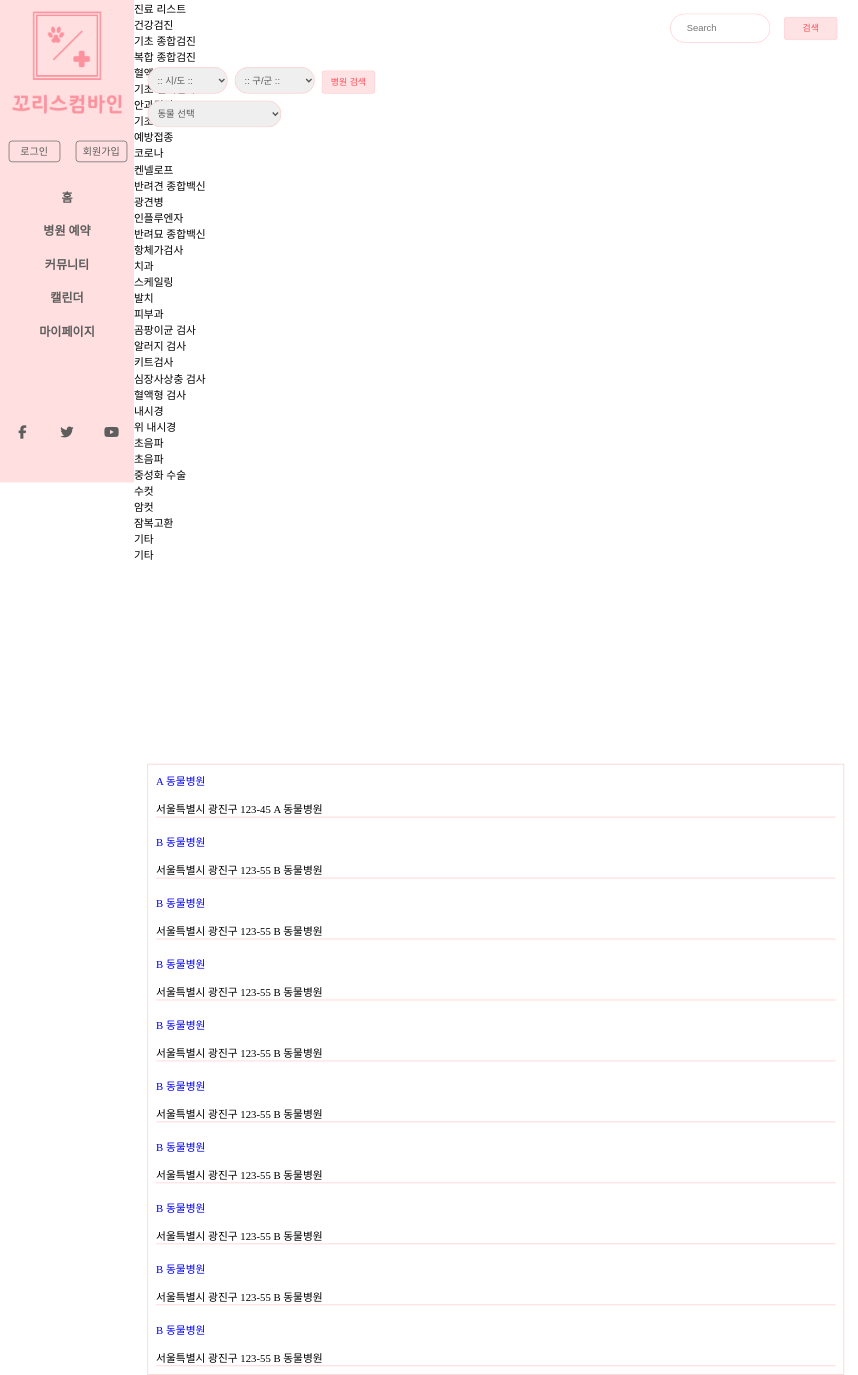
Repository: dodnam/kkoris
Page: http://localhost/1_kkoris/reservation1.jsp
The author's editor kept a copy of each file at every save. The page is drawn from the files as they stood at one save, then again after the next save.
The browser window is 1280 px wide. The pictures show the whole page, at 67% of full size.
An inner scrolling area shows only its first screen. Some web libraries are served in a nearby version. The page is served by Tomcat 9.

Above is the page before, as saved 2020-02-17 03:05:11.

After the next save:
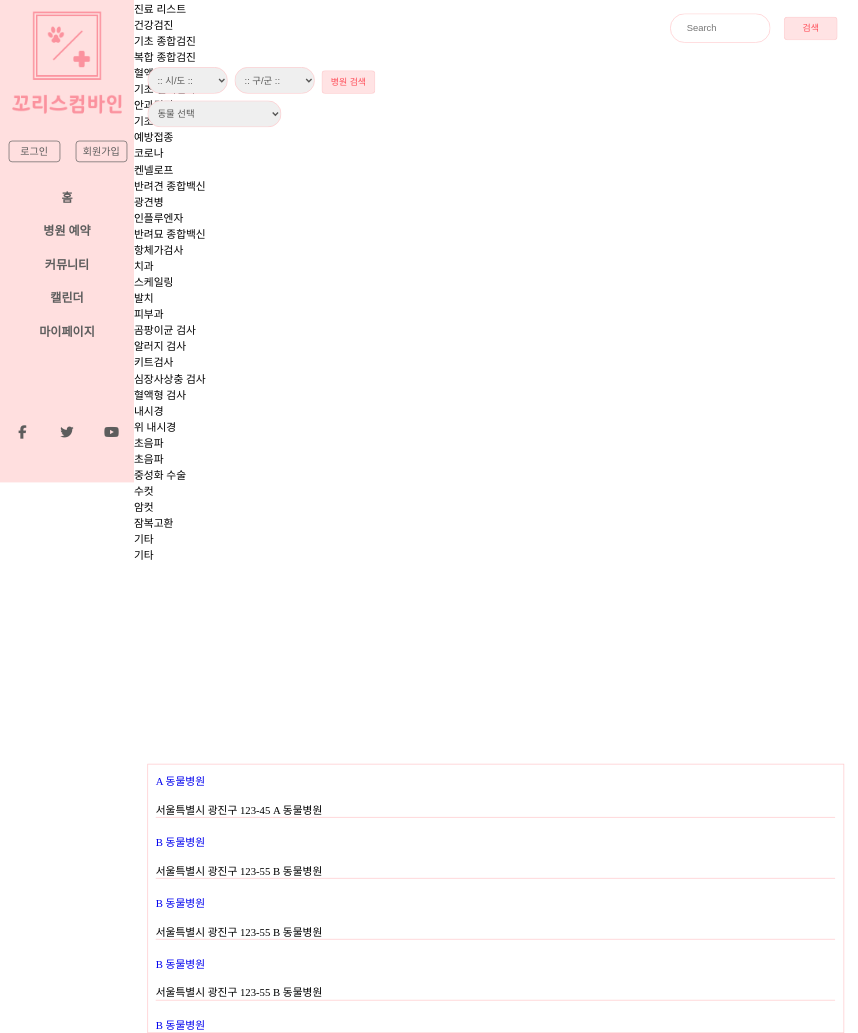
Saved 56 s later.
--- a/1_kkoris/WebContent/reservation1.jsp
+++ b/1_kkoris/WebContent/reservation1.jsp
@@ -14,7 +14,7 @@
    	.search_box2{line-height: 30px; text-align: center; background-color: #ffe3e4; color:#ff4e59;border: 1px solid #fcc6c9; border-radius: 5px; width: 80px; height: 35px;  position: fixed;left: 480px; top: 105px; outline:none;}
    	.search_animal{width: 200px; padding: 10px; font-size: 14px; line-height: 18px; color: #575756;background-size: 18px 10px; border-radius: 50px; border: 1px solid #ffc6c9;position: fixed; top: 150px; left:220px; outline:none;}
    	.medical_departments{width: 200px; padding: 10px; font-size: 14px; line-height: 18px; color: #575756;background-size: 18px 10px; border-radius: 50px; border: 1px solid #ffc6c9;position: fixed; top: 200px; left:220px; outline:none;}
-   	.hospital_list{border:1px solid #ffc6c9; left:220px; right: 20px; bottom:50px;margin-top:300px; margin-left:20px; margin-right:20px; overflow:scroll;}
+   	.hospital_list{border:1px solid #ffc6c9; height: 400px; left:220px; right: 20px; bottom:50px;margin-top:300px; margin-left:20px; margin-right:20px; overflow:scroll;}
    	.hospital_list>ul>li{padding:12px;}
    	.hospital_list>ul>li::after{content: ''; display:block; border-bottom: 1px solid #ffc6c9; width:100%;}
 
